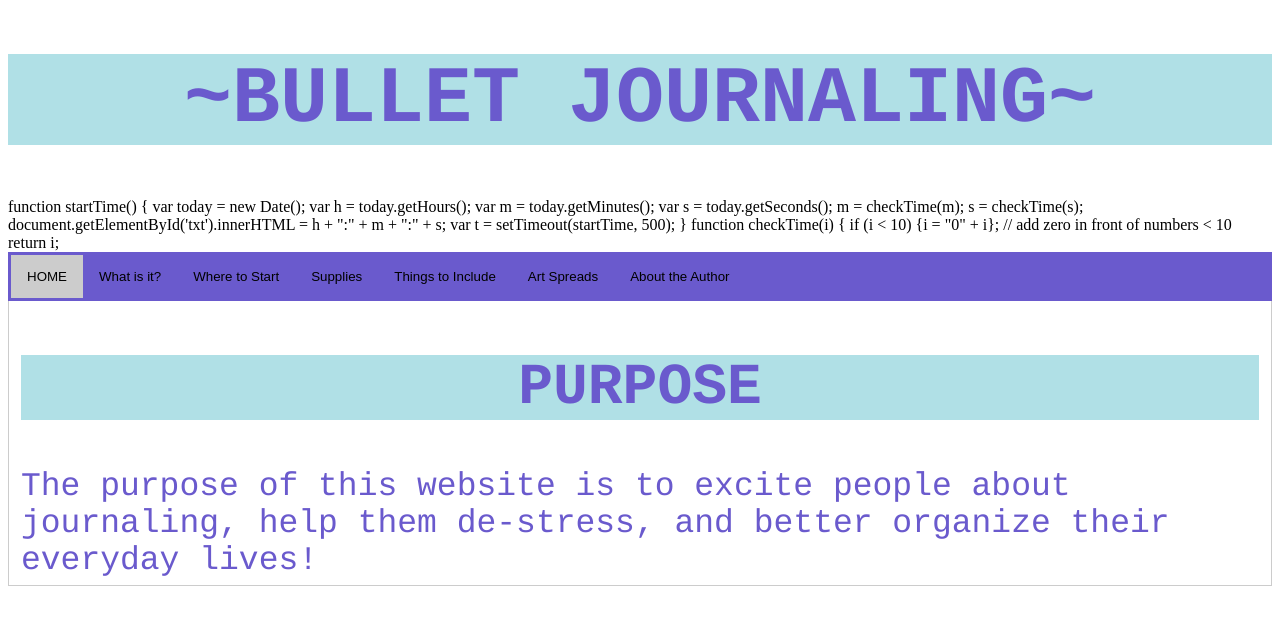
Repository: m-e-l-i-s-s-a/m-e-l-i-s-s-a.github.io
Page: journaling/index.html
The author's editor kept a record of every edit. The page is drawn from the files as they stood at one moment, then again after the next edit.
The browser window is 1280 px wide. The pictures show the whole page.

Above is the page before.

### journaling/index.html
<!doctype html>
  <html lang="en">
       <head>
           <meta charset="utf-8">
           <title>journaling site</title>
       </head>
       <body>

           <h1>
            ~BULLET JOURNALING~
          </h1>
          <p:o>
          function startTime() {
          var today = new Date();
          var h = today.getHours();
          var m = today.getMinutes();
          var s = today.getSeconds();
          m = checkTime(m);
          s = checkTime(s);
          document.getElementById('txt').innerHTML =
          h + ":" + m + ":" + s;
          var t = setTimeout(startTime, 500);
            }
          function checkTime(i) {
          if (i < 10) {i = "0" + i};  // add zero in front of numbers < 10
            return i;
          </p:o>
          <div class="tab">
          <button class="tablinks" onclick="openStep(event, 'HOME')"  id="defaultClose">HOME</button>
          <button class="tablinks" onclick="openStep(event, 'What is it?')">What is it?</button>
          <button class="tablinks" onclick="openStep(event, 'Where to Start')">Where to Start</button>
          <button class="tablinks" onclick="openStep(event, 'Supplies')">Supplies</button>
          <button class="tablinks" onclick="openStep(event, 'Things to Include')">Things to Include</button>
          <button class="tablinks" onclick="openStep(event, 'Art Spreads')">Art Spreads</button>
          <button class="tablinks" onclick="openStep(event, 'About the Author')">About the Author</button>
          </div>

          <div id="HOME" class="tabcontent">
          <h2>
          PURPOSE
          </h2>
          <p1>
          The purpose of this website is to excite people about journaling, help them de-stress, and better organize their everyday lives!</p1>
          <br>
          </div>

          <div id="What is it?" class="tabcontent">
          <h3>
          WHAT IS BULLET JOURNALING?
          </h3>
          <p2>
          Bullet journaling is a customizable way to organize your life and make it more managable. Some bullet journals are very focused on planning and efficiency, while others are artsy and fun. Any which way, a bullet journal is meant to be a planner that you can do whatever you want with!
          <br>
          </p2>
          <img src="mini.journal.jpg" alt="efficent" style="width:400px;height:400px;" class="right">
          <img src="artsy_journal.jpg" alt="art" style="width:400px;height:400px;" class="right">
          </div>

          <div id="Where to Start" class="tabcontent">
          <h4>
          WHERE TO START
          </h4>
          <p3>
          To start, you have to make sure you choose the right journal for you.
          <br>
          </p3>
          <img src="1917.dotted.jpg" alt="1917" style="width:500px;height:500px;" class="right">
          <img src="moleskine.dotted.jpg" alt="mole.cutie" style="width:500px;height:500px;" class="right">
          <img src="ghost.grid.jpg" alt="ghost" style="width:450px;height:500px;" class="right">
          <pbook>
          <br>
          Above are three options that many expirenced  folks use!
          <br>
          </pbook>
          <p1a>
          <br>
          The journal(left) known as the Leuchtturm 1917
          is considered a top choice by most.
          You can purchase it for $20 on amazon
          but there are cheaper options shown here too.
          Many people like this journal because of
          the many perks, like thick, dotted and
          numbered pages, label stickers, and
          many colors to choose from!
          <br>
          </p1a>
          <p1b>
          <br>
          The journal(middle) is called the Moleskine Dotted Hardcover journal.
          Many people consider this journal to be well made and very customizable.
          You can purchase it for $18 on amazon
          so slightly cheaper than the Leuchtturm.
          This journal is a pretty blank slate, making it well liked among the artsy type for journaling.
          The pages are thick, making them perfect for pens and markers.
          The artist in you will really love this!
          <br>
          </p1b>
          <p1c>
          <br>
          The journal(right) is called the Ghost Grid Dot journal.
          This journal isn't very popular due to the loud cover art, but it's a great place to start for beginners.
          You can purchase it for $10 on amazon making it quite affordable.
          This is yet another perk for beginners.
          This journal is spiral bound, which is not usual for bullet journalling, however many people are more comfortable and familiar with spiral notebooks.
          The pages are thick, dotted, and it has built in index pages at the front.
          <br>
          </p1c>
          </div>

          <div id="Supplies" class="tabcontent">
          <h5>
          SUPPLIES
          </h5>
          <p4>
          There are numerous amounts of supplies you can use for journalling, from a few pens to a whole art kit. Here I'll give you some commonly used to get you going!
          <br>
          </p4>
          <hboi>
          <br>
          Fineliners
          <br>
          </hboi>
          <pboi>
          <br>
          Fineliners are markers that come in many different colors that have a very fine tip. Normally used for outlining and writing, they are a staple in most bullet journals.
          <br>
          </pboi>
          <img src="liners.1.jpg" alt="liners.1" style="width:500px;height:500px;">
          <img src="liners.2.jpg" alt="liners.2" style="width:500px;height:500px;">
          <hboiv2>
          <br>
          Pens
          <br>
          </hboiv2>
          <pboiv2>
          <br>
          You probably have countless pens around your house but most journals have thick paper that will work much better with high quality gel pens.
          <br>
          </pboiv2>
          <img src="pens.1.jpg" alt="pens.1" style="width:500px;height:500px;">
          <img src="pens.2.jpg" alt="pens.2" style="width:500px;height:500px;">
          <hboiv3>
          <br>
          Markers
          <br>
          </hboiv3>
          <pboiv3>
          <br>
          Markers are used to color, decorate, and embelish the spreads in your bullet journal. While they aren't necesseary to journalling, they can be a great and exciting edition to yours!
          <br>
          </pboiv3>
          <img src="markers.1.jpg" alt="markers.1" style="width:500px;height:500px;">
          <img src="markers.2.jpg" alt="markers.2" style="width:500px;height:500px;">
          </div>

          <div id="Things to Include" class="tabcontent">
          <h6>
          THINGS TO INCLUDE
          </h6>
          <p5>
          You can include some many things in a bullet journal, but it is common to include calenders, planners, and other organizational spreads. However, there are plenty of things that can give your journal more personality!
          <br>
          </p5>
          <img src="daily.planner.jpg" alt="daily" style="width:500px;height:500px;">
          <img src="monthly.planner.png" alt="monthly" style="width:500px;height:500px;">
          <h1a>
          <br>
          Planners
          </h1a>
          <p2a>
          <br>
          Planners are what bullet journals are all about! They help you organize your life, remember important dates, and everything in between!
          <br>
          </p2a>
          <img src="mood.tracker.1.jpg" alt="mood.1" style="width:500px;height:500px;">
          <img src="mood.tracker.2.png" alt="mood.2" style="width:500px;height:500px;">
          <h1b>
          <br>
          Mood Trackers
          <br>
          </h1b>
          <p2b>
          <br>
          Mood trackers can help you recongize and pick up on behaviors you feel throughtout the month so yu can reflect on yourself and your emotions.
          <br>
          </p2b>
          <img src="habit.tracker.1.jpg" alt="habit.1" style="width:500px;height:500px;">
          <img src="habit.tracker.2.jpg" alt="habit.2" style="width:500px;height:500px;">
          <h1c>
          <br>
          Habit Trackers
          <br>
          </h1c>
          <p2c>
          <br>
          Habit trackers, similar to mood trackers, help you understand and keep track of things you might forget about like water or food intake. Tracking this can help you understand your behaviors and see what you can improve on!
          <br>
          </p2c>
          </div>

          <div id="Art Spreads" class="tabcontent">
          <hbruh>
          ART SPREADS
          </hbruh>
          <p7>
          <br>
          <img src="spread.1.jpg" alt="1" style="width:500px;height:500px;">
          <img src="spread.2.png" alt="2" style="width:500px;height:500px;">
          <img src="spread.3.png" alt="3" style="width:500px;height:500px;">
          <img src="spread.4.jpg" alt="4" style="width:500px;height:500px;">
          <br>
          </p7>
          </div>

          <div id="About the Author" class="tabcontent">
          <h9>
          ABOUT THE AUTHOR
          <br>
          </h9>
          <p8>
          <br>
          The author of this site is a person named Melissa Gomez. She really likes to draw, design, and journal but unforunately, often can't find enough time to dedicate in her everyday life to this.
          <br>
          </p8>
          </div>

          <script>
          function openStep(evt, stepName)
          {
            var i, tabcontent, tablinks;
            tabcontent = document.getElementsByClassName("tabcontent");
            for (i = 0; i < tabcontent.length; i++)
            {
              tabcontent[i].style.display = "none";
            }
            tablinks = document.getElementsByClassName("tablinks");
            for (i = 0; i < tablinks.length; i++)
            {
              tablinks[i].className = tablinks[i].className.replace(" active", "");
            }
            document.getElementById(stepName).style.display = "block";
            evt.currentTarget.className += " active";
          }
          </script>

          <script>
          document.getElementById("defaultClose").click();
          </script>
  </body>

  </html>

  <link href="journaling.css" rel="stylesheet" type="text/css">

### journaling/journaling.css
h1
       {
 	       text-align: center;
 	       font-family: courier;
 	       color: slateblue;
 	       background-color: powderblue;
 	       font-size: 80px;
       }

h2, h3, h4, h5, h6, h7, hbruh, h9
       {
 	       text-align: center;
 	       font-family: courier;
 	       color: slateblue;
 	       background-color: powderblue;
 	       font-size: 58px;
       }

h1a, h1b, h1c, hboi, hboiv2, hboiv3
       {
              text-align: center;
 	       font-family: courier;
 	       color: slateblue;
 	       background-color: powderblue;
 	       font-size: 58px;
       }
p1, p2, p3, p4, p5, p6, p7, p8, pbook
       {
              text-align: center;
              font-family: courier;
              color: slateblue;
              font-size: 33px;
       }

p1a, p1b, p1c, p2a, p2b, p2c, pboi, pboiv2, pboiv3
       {
              text-align: left;
              font-family: courier;
              color: slateblue;
              font-size: 25px;
       }

.tab   {
              overflow: hidden;
              border: 3px solid slateblue;
              background-color: slateblue;
       }

.tab button
       {
              background-color: inherit;
              float: left;
              border: none;
              outline: none;
              cursor: pointer;
              padding: 14px 16px;
              transition: 0.3s;
       }

/* Change background color of buttons on hover */
.tab button:hover
       {
              background-color: #ddd;
       }

/* Create an active/current "tab button" class */
.tab .active
       {
              background-color: #ccc;
       }

/* Style the tab content */
.tabcontent
       {
              display: none;
              padding: 6px 12px;
              border: 1px solid #ccc;
              border-top: none;
       }

After the next edit:
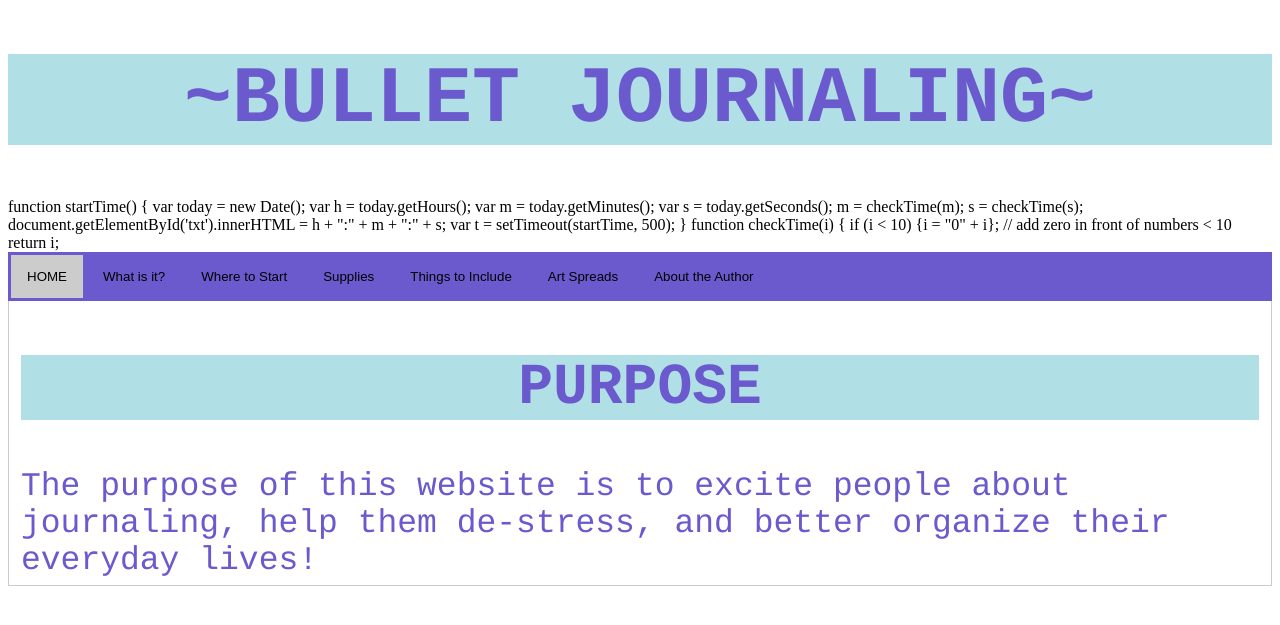
The edit:
--- a/journaling/journaling.css
+++ b/journaling/journaling.css
@@ -49,7 +49,7 @@
 .tab button
        {
               background-color: inherit;
-              float: left;
+              float: center;
               border: none;
               outline: none;
               cursor: pointer;
